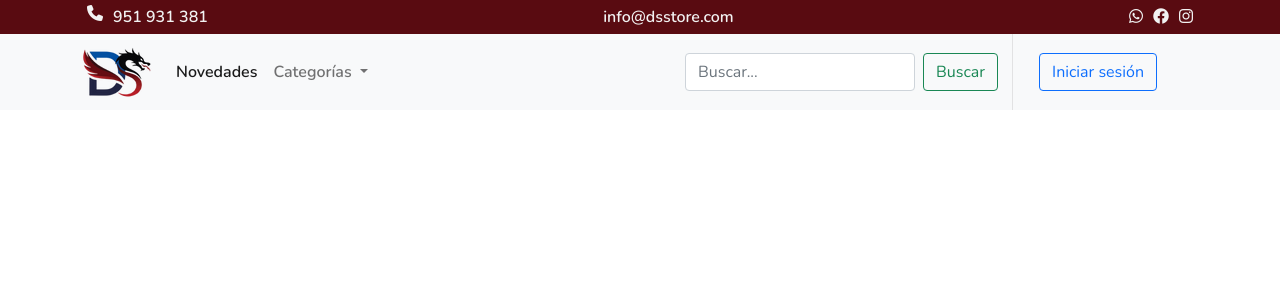
Repository: leasever/store-ts
Page: index.html
These files come from the project's save history. The page is drawn as it stood at one moment and after a run of saves; the edit follows.
The browser window is 1280 px wide. The pictures show the whole page.
Some web libraries are served in a nearby version. The style sheet was rebuilt from its Sass, Less or Tailwind sources for each picture, by a compiler version that may differ from the author's.

Above is the page before, as saved 2022-09-13 10:22:48.

After the next 2 saves:
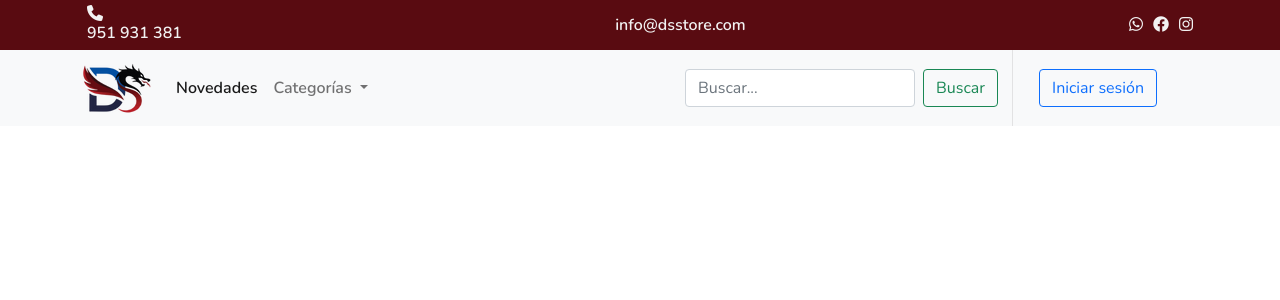
The 2 saves are shown as one change because they came seconds apart.
The last was saved 12 s later.
--- a/index.html
+++ b/index.html
@@ -26,10 +26,11 @@
                   <a href="tel:+51951931381">
                      <div class="phone row">
                         <i class="fa-solid fa-phone"></i>
+                        <p>951 931 381</p>
                      </div>
                      </a>
                   <a href="tel:+51951931381">
-                     <p>951 931 381</p>
+
                   </a>
                </div>
                <div class="col-auto d-flex ">
